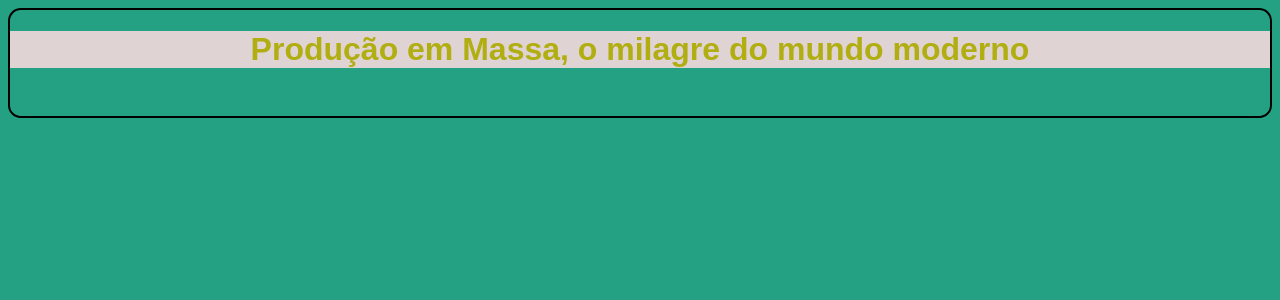
Repository: batmit/FutureFundation.github.io-1
Page: menu/articles/economia/prodção_em_massa.html
These files come from the project's save history. The page is drawn as it stood at one moment and after the next save; the edit follows.
The browser window is 1280 px wide. The pictures show the whole page.

Above is the page before, as saved 2021-11-03 14:44:15.

After the next save:
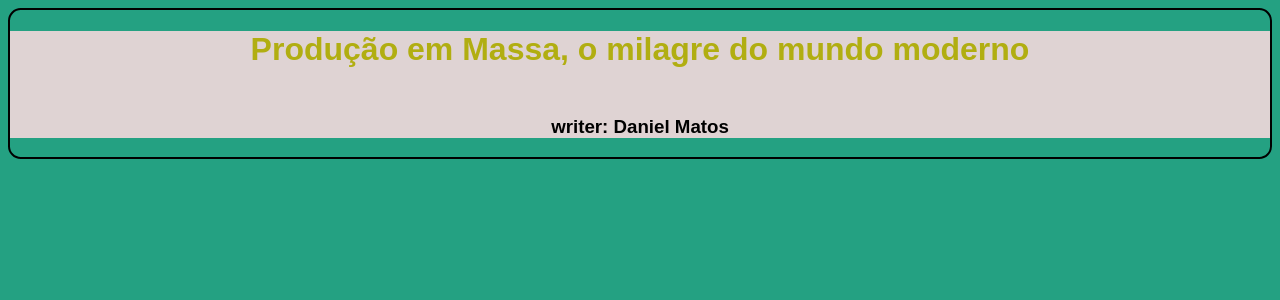
Saved 10 s later.
--- a/menu/articles/economia/prodção_em_massa.html
+++ b/menu/articles/economia/prodção_em_massa.html
@@ -11,6 +11,7 @@
     <div id="all">
         <header>
             <h1>Produção em Massa, o milagre do mundo moderno</h1>
+            <h3>writer: Daniel Matos</h3>
         </header>
     </div>
 </body>
